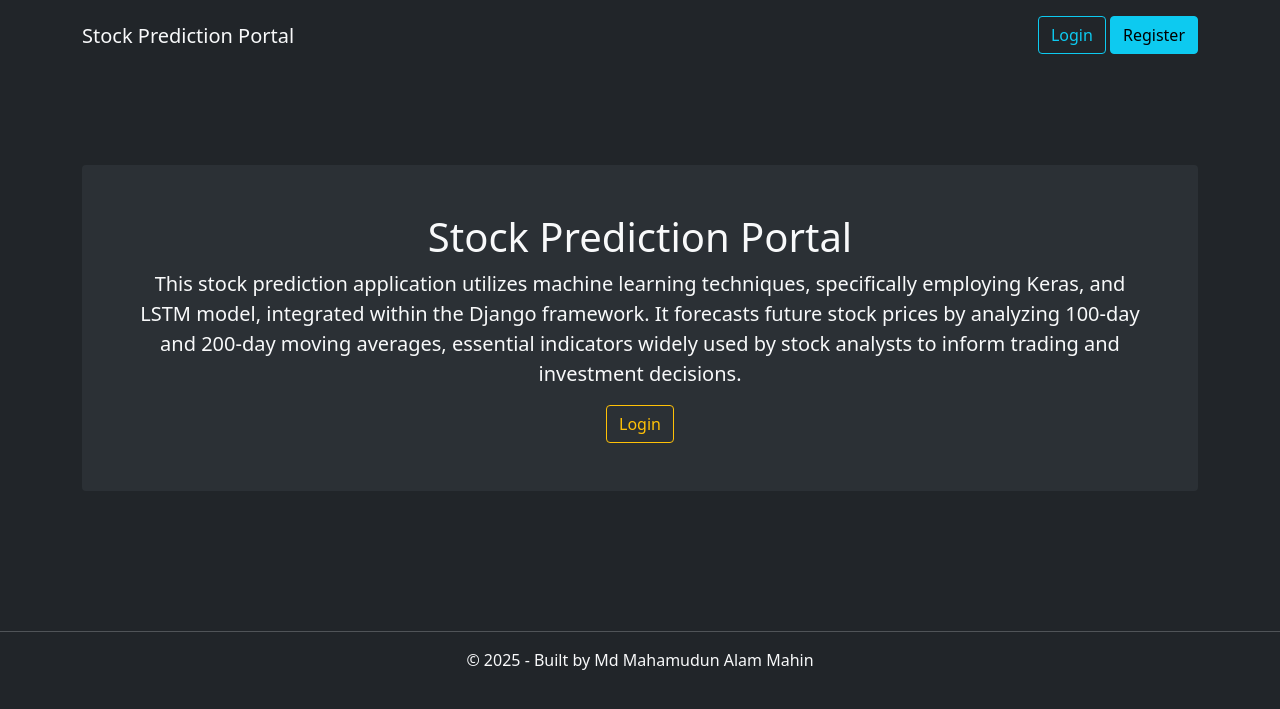
Repository: killerTiger10/stock-prediction-portal
Page: / (app in frontend-react/)
An editor plug-in stored every save of this project. The page is shown before and after the next save, followed by the edit.
The browser window is 1280 px wide. The pictures show the whole page.
The project was rebuilt for these pictures with package versions that can differ from the ones it lists, and the page was loaded fresh each time. Also part of the build but not shown: frontend-react/vite.config.js.

Above is the page before, as saved 2025-06-14 00:23:15.

### frontend-react/index.html
<!DOCTYPE html>
<html lang="en">
  <head>
    <meta charset="UTF-8" />
    <link rel="icon" type="image/svg+xml" href="/vite.svg" />
    <meta name="viewport" content="width=device-width, initial-scale=1.0" />
    <title>Stock Prediction Portal</title>
    <link
      href="https://cdn.jsdelivr.net/npm/bootstrap@5.0.2/dist/css/bootstrap.min.css"
      rel="stylesheet"
    />
  </head>
  <body>
    <div id="root"></div>
    <script type="module" src="/src/main.jsx"></script>
    <script src="https://cdn.jsdelivr.net/npm/bootstrap@5.0.2/dist/js/bootstrap.bundle.min.js"></script>
  </body>
</html>

### frontend-react/src/App.jsx
import { useState } from "react";
import "./assets/css/style.css";
import Footer from "./components/Footer";
import Header from "./components/Header";
import Main from "./components/Main";
function App() {
  const [count, setCount] = useState(0);

  return (
    <>
      <Header />
      <Main />
      <Footer />
    </>
  );
}

export default App;

### frontend-react/src/assets/css/style.css
body {
  background-color: #212529;
}

.bg-light-dark {
  background-color: #2b3035;
}

#root {
  display: flex;
  flex-direction: column;
  min-height: 100vh;
}

.container {
  flex: 1;
}

### frontend-react/src/components/Footer.jsx
import React from "react";

const Footer = () => {
  return (
    <>
      <footer className="footer py-3 my-3">
        <hr className="border-bottom" />
        <p className="text-light text-center">
          &copy; 2025 - Built by Md Mahamudun Alam Mahin
        </p>
      </footer>
    </>
  );
};

export default Footer;

### frontend-react/src/components/Header.jsx
import React from "react";

const Header = () => {
  return (
    <>
      <nav className="navbar container pt-3 pb-3 align-items-start">
        <a href="" className="navbar-brand text-light">
          Stock Prediction Portal
        </a>
        <div>
          <a href="" className="btn btn-outline-info">
            Login
          </a>
          &nbsp;
          <a href="" className="btn btn-info">
            Register
          </a>
        </div>
      </nav>
    </>
  );
};

export default Header;

### frontend-react/src/components/Main.jsx
import React from "react";

const Main = () => {
  return (
    <>
      <div className="container">
        <div className="p-5 text-center bg-light-dark rounded">
          <h1 className="text-light">Stock Prediction Portal</h1>
          <p className="lead text-light">
            This stock prediction application utilizes machine learning
            techniques, specifically employing Keras, and LSTM model, integrated
            within the Django framework. It forecasts future stock prices by
            analyzing 100-day and 200-day moving averages, essential indicators
            widely used by stock analysts to inform trading and investment
            decisions.
          </p>
          <a href="" className="btn btn-outline-warning">
            Login
          </a>
        </div>
      </div>
    </>
  );
};

export default Main;

### frontend-react/src/components/Button.jsx
import React from "react";

const Button = () => {
  return (
    <>
      <a href="" className="btn btn-outline-info">
        Login
      </a>
    </>
  );
};

export default Button;

Loaded but not shown: frontend-react/src/main.jsx (common file)

After the next save:
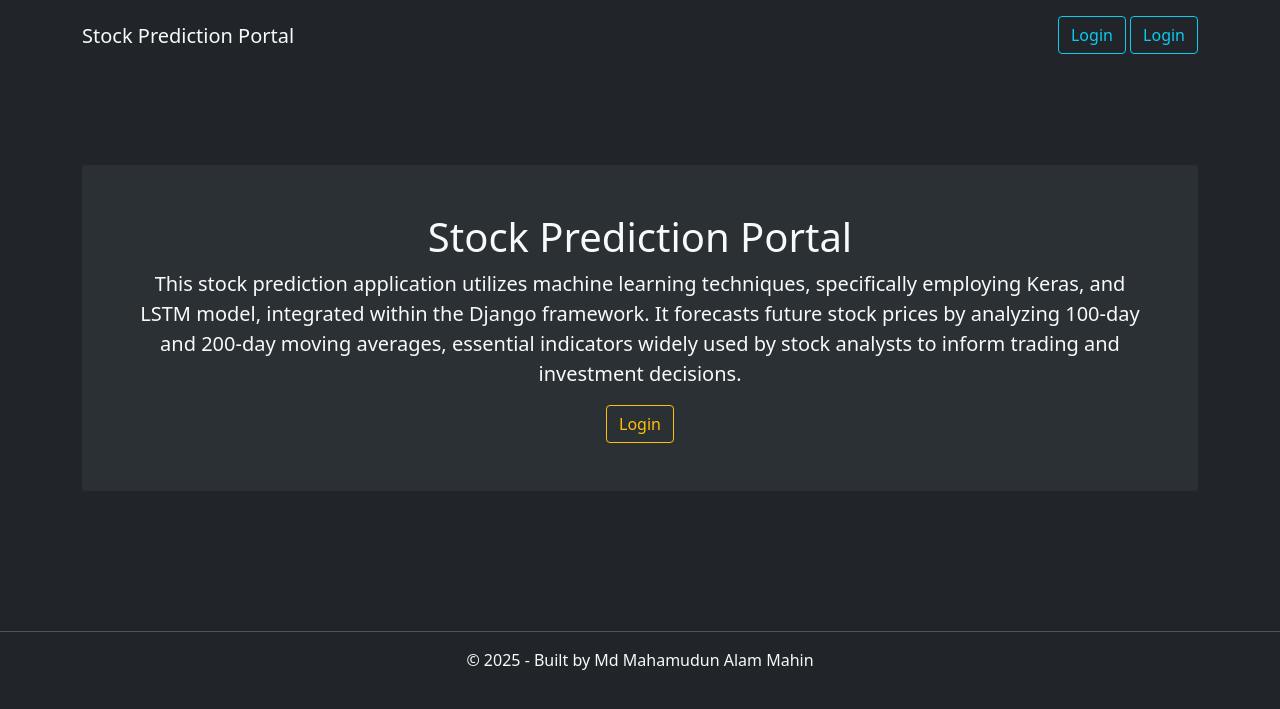
Saved 67 s later.
--- a/frontend-react/src/components/Header.jsx
+++ b/frontend-react/src/components/Header.jsx
@@ -1,4 +1,5 @@
 import React from "react";
+import Button from "./Button";
 
 const Header = () => {
   return (
@@ -8,13 +9,9 @@ const Header = () => {
           Stock Prediction Portal
         </a>
         <div>
-          <a href="" className="btn btn-outline-info">
-            Login
-          </a>
+          <Button text="Login" />
           &nbsp;
-          <a href="" className="btn btn-info">
-            Register
-          </a>
+          <Button text="Register" />
         </div>
       </nav>
     </>
